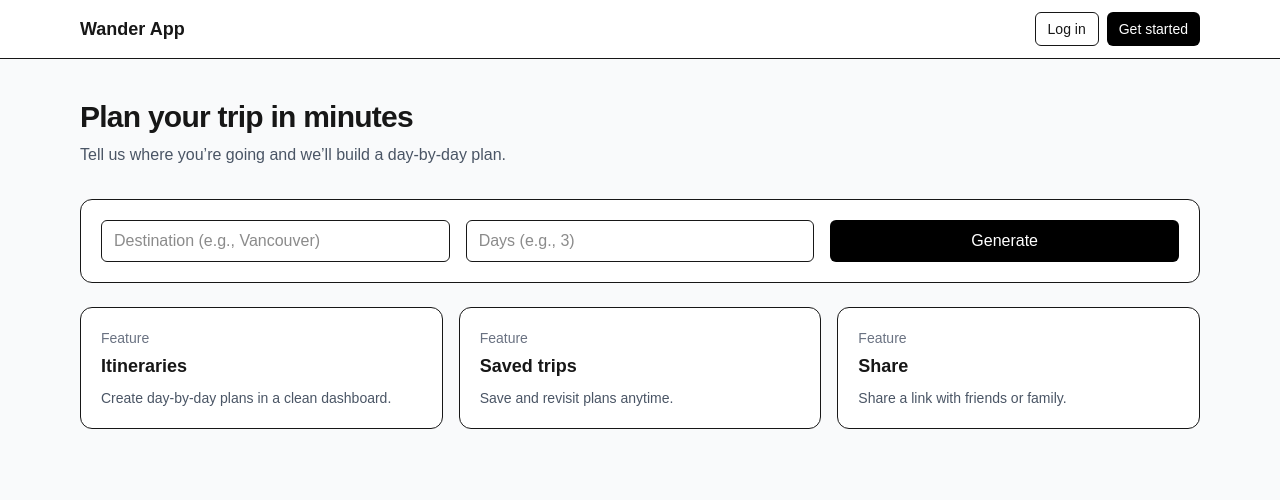
Repository: VijayAwsApp/WanderApp
Page: /
The author's editor kept a copy of each file at every save. The page is drawn from the files as they stood at one save, then again after the next save.
The browser window is 1280 px wide. The pictures show the whole page.
The project was rebuilt for these pictures with package versions that can differ from the ones it lists, and the page was loaded fresh each time. The framework's server and built-in components were replaced by stand-ins that run in the browser. Also part of the build but not shown: next.config.ts.

Above is the page before, as saved 2025-12-26 14:04:39.

### src/app/page.tsx
export default function Home() {
  return (
    <main className="min-h-screen bg-gray-50">
      <header className="sticky top-0 border-b bg-white">
        <div className="mx-auto flex max-w-6xl items-center justify-between px-4 py-3">
          <div className="text-lg font-semibold">Wander App</div>
          <div className="flex gap-2">
            <button className="rounded-md border bg-white px-3 py-1.5 text-sm">
              Log in
            </button>
            <button className="rounded-md bg-black px-3 py-1.5 text-sm text-white">
              Get started
            </button>
          </div>
        </div>
      </header>

      <section className="mx-auto max-w-6xl px-4 py-10">
        <h1 className="text-3xl font-bold tracking-tight">Plan your trip in minutes</h1>
        <p className="mt-2 max-w-2xl text-gray-600">
          Tell us where you’re going and we’ll build a day-by-day plan.
        </p>

        <div className="mt-8 rounded-xl border bg-white p-5">
          <div className="grid gap-4 md:grid-cols-3">
            <input
              className="rounded-md border px-3 py-2"
              placeholder="Destination (e.g., Vancouver)"
            />
            <input
              className="rounded-md border px-3 py-2"
              placeholder="Days (e.g., 3)"
            />
            <button className="rounded-md bg-black px-3 py-2 text-white">
              Generate
            </button>
          </div>
        </div>

        <div className="mt-6 grid gap-4 md:grid-cols-3">
          <div className="rounded-xl border bg-white p-5">
            <div className="text-sm font-medium text-gray-500">Feature</div>
            <div className="mt-1 text-lg font-semibold">Itineraries</div>
            <p className="mt-2 text-sm text-gray-600">
              Create day-by-day plans in a clean dashboard.
            </p>
          </div>
          <div className="rounded-xl border bg-white p-5">
            <div className="text-sm font-medium text-gray-500">Feature</div>
            <div className="mt-1 text-lg font-semibold">Saved trips</div>
            <p className="mt-2 text-sm text-gray-600">
              Save and revisit plans anytime.
            </p>
          </div>
          <div className="rounded-xl border bg-white p-5">
            <div className="text-sm font-medium text-gray-500">Feature</div>
            <div className="mt-1 text-lg font-semibold">Share</div>
            <p className="mt-2 text-sm text-gray-600">
              Share a link with friends or family.
            </p>
          </div>
        </div>
      </section>
    </main>
  );
}

Loaded but not shown: src/app/layout.tsx (common file); src/app/globals.css (common file)

After the next save:
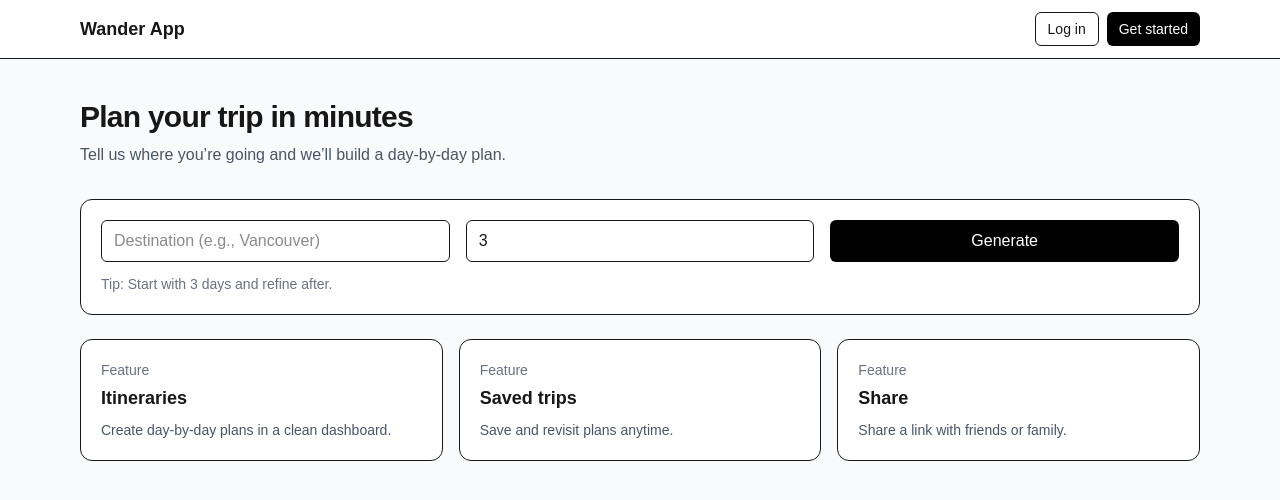
Saved 55 s later.
--- a/src/app/page.tsx
+++ b/src/app/page.tsx
@@ -1,4 +1,93 @@
+"use client";
+
+import { useMemo, useState } from "react";
+
+type DayPlan = {
+  day: number;
+  title: string;
+  items: string[];
+};
+
+function buildPlaceholderItinerary(destination: string, days: number): DayPlan[] {
+  const safeDays = Math.max(1, Math.min(14, Number.isFinite(days) ? days : 1));
+  const city = destination.trim() || "your destination";
+
+  const templates: Array<Omit<DayPlan, "day">> = [
+    {
+      title: "Arrive + easy explore",
+      items: [
+        `Check in and take a relaxed walk around downtown ${city}.`,
+        "Grab a local coffee and a light meal.",
+        "Sunset viewpoint or waterfront stroll.",
+      ],
+    },
+    {
+      title: "Top highlights",
+      items: [
+        `Visit a must-see landmark in ${city}.`,
+        "Lunch at a highly rated spot nearby.",
+        "Museum / neighborhood exploration.",
+      ],
+    },
+    {
+      title: "Nature + local vibes",
+      items: [
+        "Morning park/trail (easy).",
+        "Local market or shopping street.",
+        "Dinner + dessert spot.",
+      ],
+    },
+    {
+      title: "Food day",
+      items: [
+        "Breakfast/brunch crawl.",
+        "Try 2–3 signature dishes.",
+        "Evening: casual bar/café (optional).",
+      ],
+    },
+  ];
+
+  return Array.from({ length: safeDays }, (_, i) => {
+    const t = templates[i % templates.length];
+    return {
+      day: i + 1,
+      title: t.title,
+      items: t.items,
+    };
+  });
+}
+
 export default function Home() {
+  const [destination, setDestination] = useState("");
+  const [daysText, setDaysText] = useState("3");
+  const [itinerary, setItinerary] = useState<DayPlan[] | null>(null);
+  const [error, setError] = useState<string | null>(null);
+
+  const daysNumber = useMemo(() => {
+    const n = Number(daysText);
+    return Number.isFinite(n) ? n : NaN;
+  }, [daysText]);
+
+  const onGenerate = () => {
+    const dest = destination.trim();
+    const days = Math.floor(daysNumber);
+
+    if (!dest) {
+      setError("Please enter a destination.");
+      setItinerary(null);
+      return;
+    }
+
+    if (!Number.isFinite(daysNumber) || days < 1 || days > 14) {
+      setError("Please enter days between 1 and 14.");
+      setItinerary(null);
+      return;
+    }
+
+    setError(null);
+    setItinerary(buildPlaceholderItinerary(dest, days));
+  };
+
   return (
     <main className="min-h-screen bg-gray-50">
       <header className="sticky top-0 border-b bg-white">
@@ -26,16 +115,66 @@ export default function Home() {
             <input
               className="rounded-md border px-3 py-2"
               placeholder="Destination (e.g., Vancouver)"
+              value={destination}
+              onChange={(e) => setDestination(e.target.value)}
             />
             <input
               className="rounded-md border px-3 py-2"
               placeholder="Days (e.g., 3)"
+              value={daysText}
+              onChange={(e) => setDaysText(e.target.value)}
+              inputMode="numeric"
             />
-            <button className="rounded-md bg-black px-3 py-2 text-white">
+            <button
+              className="rounded-md bg-black px-3 py-2 text-white"
+              onClick={onGenerate}
+            >
               Generate
             </button>
           </div>
+
+          {error ? (
+            <p className="mt-3 text-sm text-red-600">{error}</p>
+          ) : (
+            <p className="mt-3 text-sm text-gray-500">
+              Tip: Start with 3 days and refine after.
+            </p>
+          )}
         </div>
+
+        {/* Results (this was the missing / wrong-placement piece) */}
+        {itinerary ? (
+          <div className="mt-6 rounded-xl border bg-white p-5">
+            <div className="flex items-start justify-between gap-3">
+              <div>
+                <h2 className="text-lg font-semibold">Your itinerary</h2>
+                <p className="mt-1 text-sm text-gray-600">
+                  {destination.trim()} • {itinerary.length} day(s)
+                </p>
+              </div>
+              <button
+                className="rounded-md border bg-white px-3 py-1.5 text-sm"
+                onClick={() => setItinerary(null)}
+              >
+                Clear
+              </button>
+            </div>
+
+            <div className="mt-4 grid gap-4 md:grid-cols-2">
+              {itinerary.map((d) => (
+                <div key={d.day} className="rounded-lg border p-4">
+                  <div className="text-sm font-medium text-gray-500">Day {d.day}</div>
+                  <div className="mt-1 text-base font-semibold">{d.title}</div>
+                  <ul className="mt-2 list-disc pl-5 text-sm text-gray-700">
+                    {d.items.map((it, idx) => (
+                      <li key={idx}>{it}</li>
+                    ))}
+                  </ul>
+                </div>
+              ))}
+            </div>
+          </div>
+        ) : null}
 
         <div className="mt-6 grid gap-4 md:grid-cols-3">
           <div className="rounded-xl border bg-white p-5">
